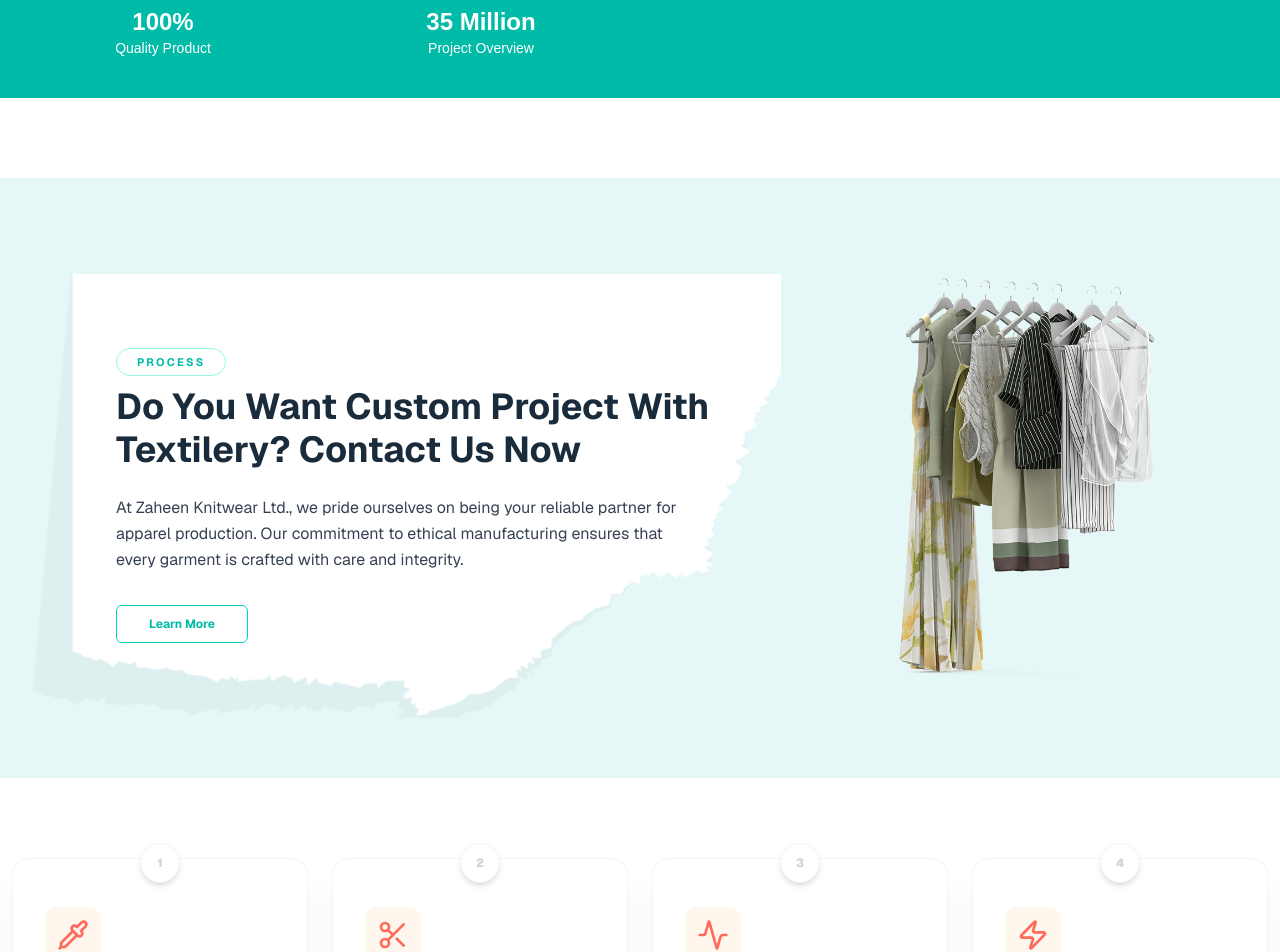
Repository: mdmuhibullahhabib/fullstack-assessment
Page: /
These files come from the project's save history. The page is drawn as it stood at one moment and after the next save; the edit follows.
The browser window is 1280 px wide. The pictures show the part of the page from y = 612 to 1564 px (the page is 3145 px tall).
The project was rebuilt for these pictures with package versions that can differ from the ones it lists, and the page was loaded fresh each time. The framework's server and built-in components were replaced by stand-ins that run in the browser. Also part of the build but not shown: next.config.mjs.

Above is the page before, as saved 2025-12-27 10:32:59.

### src/app/layout.js
import { Geist, Geist_Mono } from "next/font/google";
import "./globals.css";
import Navbar from "@/components/shared/Navbar";
import Footer from "@/components/shared/Footer";

const geistSans = Geist({
  variable: "--font-geist-sans",
  subsets: ["latin"],
});

const geistMono = Geist_Mono({
  variable: "--font-geist-mono",
  subsets: ["latin"],
});

export const metadata = {
  title: "Create Next App",
  description: "Generated by create next app",
};

export default function RootLayout({ children }) {
  return (
    <html lang="en">
      <body
        className={`${geistSans.variable} ${geistMono.variable} antialiased`}
      >
        <Navbar/>
        {children}
        <Footer/>
      </body>
    </html>
  );
}

### src/app/page.js
import Apparel from "@/components/home/Apparel";
import CustomProcess from "@/components/home/CustomProcess";
import Hero from "@/components/home/hero";
import Stats from "@/components/home/Stats";


export default function Home() {
  return (
    <>
      <Hero />
      <Stats />
      <CustomProcess />
      <Apparel />
    </>
  );
}

### src/components/shared/Navbar.jsx
"use client";

import Link from "next/link";
import { Menu, X, ShoppingCart, User } from "lucide-react";
import { useState } from "react";

export default function Navbar() {
  const [open, setOpen] = useState(false);

  return (
    <header className="w-full">
      {/* ===== Top Bar ===== */}
      <div className="bg-teal-500 text-white text-sm">
        <div className="max-w-7xl mx-auto flex justify-between items-center px-4 py-2">
          <p>📍 Kashimpur, Gazipur Sadar / Gazipur</p>
          <div className="flex items-center gap-4">
            <span>📞 +880 01713-027875</span>
            <div className="flex gap-2">
              <span>f</span>
              <span>x</span>
              <span>▶</span>
              <span>📷</span>
            </div>
          </div>
        </div>
      </div>

      {/* ===== Main Navbar ===== */}
      <div className="bg-white shadow">
        <div className="max-w-7xl mx-auto flex items-center justify-between px-4 py-4">

          {/* Logo */}
          <Link href="/" className="flex items-center gap-2">
            <div className="w-10 h-10 bg-green-500 rounded flex items-center justify-center text-white font-bold">
              Z
            </div>
            <span className="font-bold text-lg text-gray-800">
              Company
            </span>
          </Link>

          {/* Desktop Menu */}
          <nav className="hidden md:flex items-center gap-8 text-gray-700 font-medium">
            <Link href="/">Home</Link>
            <Link href="/about">About Us</Link>
            <Link href="/services">Our Services</Link>
            <Link href="/products">Our Products</Link>
            <Link href="/blogs">Blogs</Link>
          </nav>

          {/* Right Actions */}
          <div className="hidden md:flex items-center gap-4">
            <ShoppingCart className="cursor-pointer" />
            <div className="w-8 h-8 bg-red-500 rounded-full flex items-center justify-center text-white">
              M
            </div>
            <Link
              href="/contact"
              className="bg-orange-500 text-white px-4 py-2 rounded"
            >
              Contact Us
            </Link>
          </div>

          {/* Mobile Menu Button */}
          <button
            onClick={() => setOpen(!open)}
            className="md:hidden"
          >
            {open ? <X /> : <Menu />}
          </button>
        </div>

        {/* ===== Mobile Menu ===== */}
        {open && (
          <div className="md:hidden bg-white border-t">
            <nav className="flex flex-col gap-4 px-4 py-4 text-gray-700">
              <Link href="/">Home</Link>
              <Link href="/about">About Us</Link>
              <Link href="/services">Our Services</Link>
              <Link href="/products">Our Products</Link>
              <Link href="/blogs">Blogs</Link>

              <div className="flex items-center gap-4 pt-4">
                <ShoppingCart />
                <User />
                <Link
                  href="/contact"
                  className="bg-orange-500 text-white px-4 py-2 rounded"
                >
                  Contact Us
                </Link>
              </div>
            </nav>
          </div>
        )}
      </div>
    </header>
  );
}

### src/components/shared/Footer.jsx
import Image from "next/image";
import Link from "next/link";

export default function Footer() {
  return (
    <footer className="bg-[#f8f8f8] border-t">
      <div className="max-w-7xl mx-auto px-4 py-12">

        {/* ===== Top Section ===== */}
        <div className="grid grid-cols-1 md:grid-cols-4 gap-10">

          {/* Logo & Contact */}
          <div className="space-y-4">
            <div className="flex items-center gap-3">
              <Image src="/logo.png" alt="logo" width={48} height={48} />
              <Image src="/logo2.png" alt="logo2" width={48} height={48} />
            </div>

            <p className="text-sm text-gray-600 flex gap-2">
              📍 29 SE 2nd Ave, Miami, FL 33131, United States
            </p>
            <p className="text-sm text-gray-600">
              ✉ info@zaheen.com
            </p>
            <p className="text-sm font-semibold">
              📞 (+92) 3942 7879
            </p>
          </div>

          {/* Pages */}
          <div>
            <h4 className="font-semibold mb-4 uppercase text-sm">Pages</h4>
            <ul className="space-y-2 text-sm text-gray-600">
              <li><Link href="#">About Us</Link></li>
              <li><Link href="#">Our Services</Link></li>
              <li><Link href="#">Our Products</Link></li>
            </ul>
          </div>

          {/* Information */}
          <div>
            <h4 className="font-semibold mb-4 uppercase text-sm">Information</h4>
            <ul className="space-y-2 text-sm text-gray-600">
              <li><Link href="#">My Account</Link></li>
              <li><Link href="#">Corporate Enquiries</Link></li>
              <li><Link href="#">FAQs</Link></li>
            </ul>
          </div>
        </div>

        {/* ===== Payment Channels (SAME ROW STYLE) ===== */}
        <div className="mt-10">
          <h4 className="font-semibold text-sm mb-4">PAYMENT CHANNELS</h4>

          <div className="flex flex-wrap gap-3">
            {[
              "visa",
              "mastercard",
              "amex",
              "bKash",
              "nagad",
              "rocket",
              "upay",
              "tap",
              "citybank",
              "bracbank",
              "easternbank",
              "standardchartered",
            ].map((logo) => (
              <div
                key={logo}
                className="bg-white border rounded-md px-4 py-2 flex items-center justify-center"
              >
                <Image
                  src={`/payments/${logo}.png`}
                  alt={logo}
                  width={48}
                  height={28}
                  className="object-contain"
                />
              </div>
            ))}
          </div>
        </div>

        {/* ===== Bottom Bar ===== */}
        <div className="border-t mt-10 pt-6 flex flex-col md:flex-row justify-between items-center gap-4 text-sm text-gray-600">

          <p>
            Copyright ©{" "}
            <span className="text-orange-500 font-medium">
              360D Soul Limited
            </span>{" "}
            2025. All rights reserved.
          </p>

          <div className="flex gap-4 text-lg">
            <span>f</span>
            <span>x</span>
            <span>📷</span>
          </div>

          <div className="flex gap-4">
            <Link href="#">Terms & Condition</Link>
            <Link href="#">Privacy & Policy</Link>
            <Link href="#">Refund Policy</Link>
          </div>
        </div>

      </div>
    </footer>
  );
}

### src/components/home/Apparel.jsx
export default function Apparel() {
  const products = [
    {
      name: "Denim Jacket",
      price: "$10.00",
      img: "https://images.unsplash.com/photo-1520975916090-3105956dac38",
    },
    {
      name: "Hoodie",
      price: "$12.00",
      img: "https://images.unsplash.com/photo-1520974735194-6c9c0c13ed3d",
    },
    {
      name: "T-Shirt",
      price: "$8.00",
      img: "https://images.unsplash.com/photo-1583743814966-8936f5b7be1a",
    },
  ];

  return (
    <section className="bg-gray-50 py-16">
      <div className="max-w-7xl mx-auto px-4">
        <h2 className="text-2xl font-bold mb-8">Our Apparels</h2>

        <div className="grid sm:grid-cols-2 md:grid-cols-3 gap-6">
          {products.map((p, i) => (
            <div key={i} className="bg-white border rounded overflow-hidden">
              <img src={p.img} className="h-56 w-full object-cover" />
              <div className="p-4">
                <h3 className="font-semibold">{p.name}</h3>
                <p className="text-sm text-gray-600">{p.price}</p>
                <button className="mt-3 w-full bg-teal-500 text-white py-2 rounded">
                  Add to Cart
                </button>
              </div>
            </div>
          ))}
        </div>
      </div>
    </section>
  );
}

### src/components/home/CustomProcess.jsx
"use client"
import Image from "next/image";
import { Scissors, Pipette, Zap, Activity, Repeat, ClipboardCheck, Box } from "lucide-react";
import bgImage from "../../../public/home/ProcessImage-1.png";
import rightImage from "../../../public/home/ProcessImage-2.png";

export default function CustomProcess() {
    const steps = [
        { number: 1, title: "Dyeing", desc: "Adding color to biodegradable materials.", icon: <Pipette className="w-8 h-8 text-[#FF6B5B]" /> },
        { number: 2, title: "Cutting", desc: "Eco-friendly clothing items for all shapes and sizes.", icon: <Scissors className="w-8 h-8 text-[#FF6B5B]" /> },
        { number: 3, title: "Sewing", desc: "Vouching for the ultimate sturdiness and durability of the fabric.", icon: <Activity className="w-8 h-8 text-[#FF6B5B]" /> },
        { number: 4, title: "Snipping of thread", desc: "A neat edge, a soft and smooth finish.", icon: <Zap className="w-8 h-8 text-[#FF6B5B]" /> },
        { number: 5, title: "Ironing", desc: "Ironing it before shipping.", icon: <Repeat className="w-8 h-8 text-[#FF6B5B]" /> },
        { number: 6, title: "Checking", desc: "Going through each clothing piece to ensure supreme quality standards are met.", icon: <ClipboardCheck className="w-8 h-8 text-[#FF6B5B]" /> },
        { number: 7, title: "Package", desc: "Folding and packing with the utmost care.", icon: <Box className="w-8 h-8 text-[#FF6B5B]" /> },
    ];

    return (
        <section className="bg-white py-20  font-sans">
            <div className=" mx-auto">

                {/* ===== TOP SECTION ===== */}
                <div className="relative bg-[#E6F7F8] overflow-hidden flex flex-col md:pl-8 md:py-[60px]  md:flex-row items-stretch mb-20 ">

                    {/* Left Content Box (White with bgImage and Torn Edge) */}
                    <div
                        className="relative w-full md:w-[60%] p-10 mt-9 md:pl-5 flex flex-col justify-center items-start "
                        style={{
                            backgroundImage: `url(${bgImage.src})`,
                            backgroundSize: "cover",
                            backgroundPosition: "center",
                        }}
                    >
                        <div
                        className="ml-16"
                        >
                            <div className="mb-3">
                                <span className="px-5 py-1.5 rounded-full border border-teal-200 text-teal-500 text-[11px] font-bold uppercase tracking-[0.2em]">
                                    Process
                                </span>
                            </div>

                            <h3 className="text-3xl md:text-4xl font-bold text-[#1a2b3c] leading-[1.2] mb-6">
                                Do You Want Custom Project With Textilery? Contact Us Now
                            </h3>

                            <p className="text-gray-700 text-sm md:text-base leading-relaxed max-w-xl mb-8">
                                At Zaheen Knitwear Ltd., we pride ourselves on being your reliable partner for
                                apparel production. Our commitment to ethical manufacturing ensures that
                                every garment is crafted with care and integrity.
                            </p>

                            <button className="border-[1.5px] border-teal-400 text-teal-500 px-8 py-2.5 rounded-md font-bold text-xs hover:bg-teal-500 hover:text-white transition-all">
                                Learn More
                            </button>
                        </div>
                    </div>

                    {/* Right Content (Image of hanging clothes) */}
                    <div className="w-full md:w-[40%] relative flex items-center justify-center py-10">
                        <div className="relative w-[85%] h-[400px]">
                            <Image
                                src={rightImage}
                                alt="Clothing Preview"
                                fill
                                className="object-contain"
                                priority
                            />
                        </div>
                    </div>
                </div>

                {/* ===== PROCESS STEPS GRID ===== */}
                <div className="flex flex-wrap justify-center gap-6">
                    {steps.map((step, index) => (
                        <div
                            key={step.number}
                            className={`
                relative bg-white p-8 pt-12 rounded-2xl shadow-[0_15px_40px_-15px_rgba(0,0,0,0.1)]
                border border-gray-100 flex flex-col items-start transition-all hover:-translate-y-2
                w-full sm:w-[calc(50%-1.5rem)] lg:w-[calc(25%-1.5rem)]
                ${index >= 4 ? 'lg:translate-y-2' : ''}
              `}
                        >
                            {/* Step Number Circle */}
                            <div className="absolute -top-4 left-1/2 -translate-x-1/2 w-10 h-10 bg-white border border-gray-100 shadow-md rounded-full flex items-center justify-center text-xs font-black text-gray-300">
                                {step.number}
                            </div>

                            <div className="mb-6 bg-orange-50 p-3 rounded-xl">
                                {step.icon}
                            </div>

                            <h3 className="text-xl font-bold text-slate-800 mb-3">
                                {step.title}
                            </h3>
                            <p className="text-[14px] text-gray-500 leading-relaxed">
                                {step.desc}
                            </p>
                        </div>
                    ))}
                </div>

            </div>
        </section>
    );
}

### src/components/home/hero.jsx
export default function Hero() {
  return (
    <section className="relative bg-black text-white">
      <img
        src="https://images.unsplash.com/photo-1520975916090-3105956dac38"
        className="absolute inset-0 w-full h-full object-cover opacity-40"
      />

      <div className="relative max-w-7xl mx-auto px-4 py-28 grid md:grid-cols-2 gap-10">
        <div>
          <p className="text-sm uppercase mb-3 text-teal-400">
            Textile & Garments
          </p>
          <h1 className="text-4xl md:text-5xl font-bold mb-5">
            High-Quality Garments. <br /> Ethically Made.
          </h1>
          <p className="text-gray-300 mb-6">
            We manufacture premium garments using ethical and sustainable
            practices.
          </p>

          <div className="flex gap-4">
            <button className="bg-orange-500 px-6 py-3 rounded">
              Explore
            </button>
            <button className="border px-6 py-3 rounded">
              Contact Us
            </button>
          </div>
        </div>
      </div>
    </section>
  );
}

### src/components/home/Stats.jsx
export default function Stats() {
  const stats = [
    { title: "Quality Product", value: "100%" },
    { title: "Project Overview", value: "35 Million" },
  ];

  return (
    <section className="bg-teal-500 text-white">
      <div className="max-w-7xl mx-auto px-4 py-10 grid grid-cols-2 md:grid-cols-4 gap-6 text-center">
        {stats.map((s, i) => (
          <div key={i}>
            <h3 className="text-2xl font-bold">{s.value}</h3>
            <p className="text-sm">{s.title}</p>
          </div>
        ))}
      </div>
    </section>
  );
}

Loaded but not shown: src/app/globals.css (common file)

After the next save:
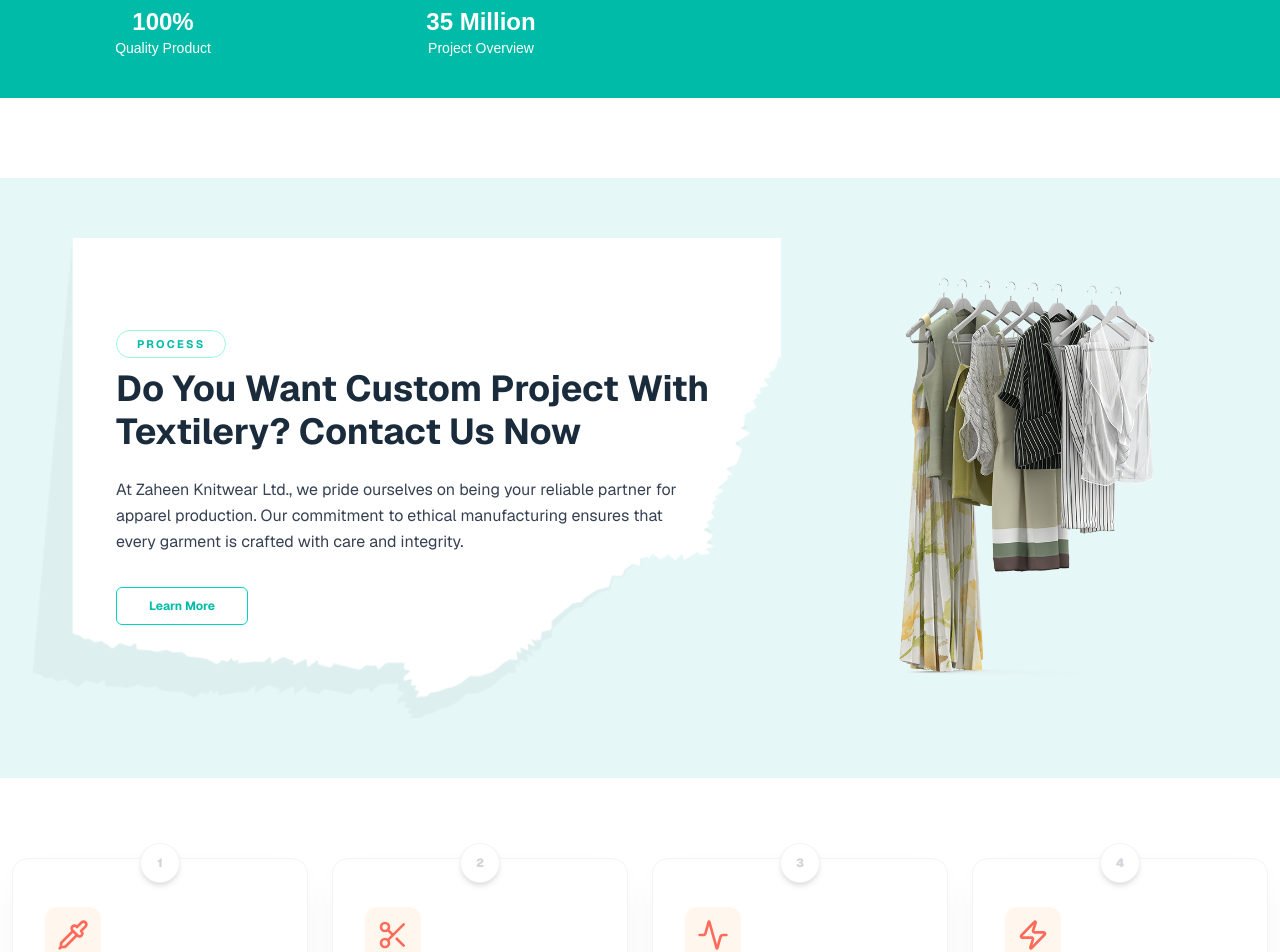
Saved 3 min 12 s later.
--- a/src/components/home/CustomProcess.jsx
+++ b/src/components/home/CustomProcess.jsx
@@ -24,7 +24,7 @@
 
                     {/* Left Content Box (White with bgImage and Torn Edge) */}
                     <div
-                        className="relative w-full md:w-[60%] p-10 mt-9 md:pl-5 flex flex-col justify-center items-start "
+                        className="relative w-full md:w-[60%] p-10  md:pl-5 flex flex-col justify-center items-start "
                         style={{
                             backgroundImage: `url(${bgImage.src})`,
                             backgroundSize: "cover",

After the save that followed:
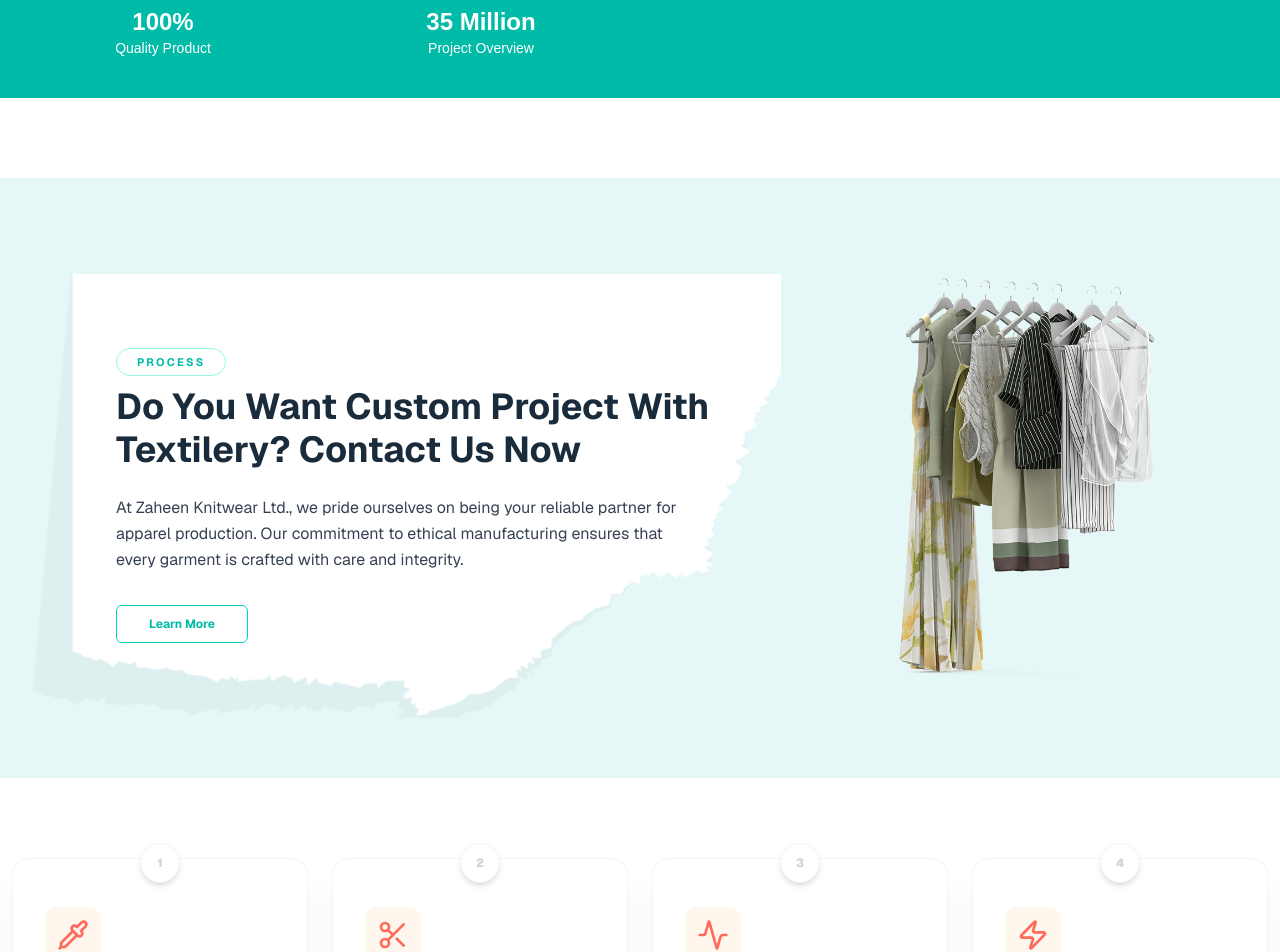
Saved 8 s later.
--- a/src/components/home/CustomProcess.jsx
+++ b/src/components/home/CustomProcess.jsx
@@ -24,7 +24,7 @@
 
                     {/* Left Content Box (White with bgImage and Torn Edge) */}
                     <div
-                        className="relative w-full md:w-[60%] p-10  md:pl-5 flex flex-col justify-center items-start "
+                        className="relative w-full md:w-[60%] p-10 mt-9 md:pl-5 flex flex-col justify-center items-start "
                         style={{
                             backgroundImage: `url(${bgImage.src})`,
                             backgroundSize: "cover",
